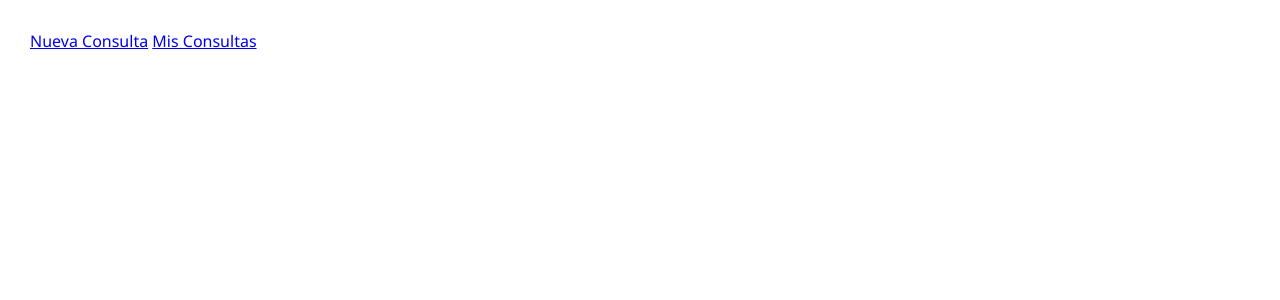
Repository: Devcodery/Trabajo-Fin-de-Grado
Page: http://localhost/Proyecto_Grupo3/vistas/portalCliente.jsp
An editor plug-in stored every save of this project. The page is shown before and after the next save, followed by the edit.
The browser window is 1280 px wide. The pictures show the whole page.
The page is served by Tomcat 9.

Above is the page before, as saved 2026-05-06 18:22:35.

After the next save:
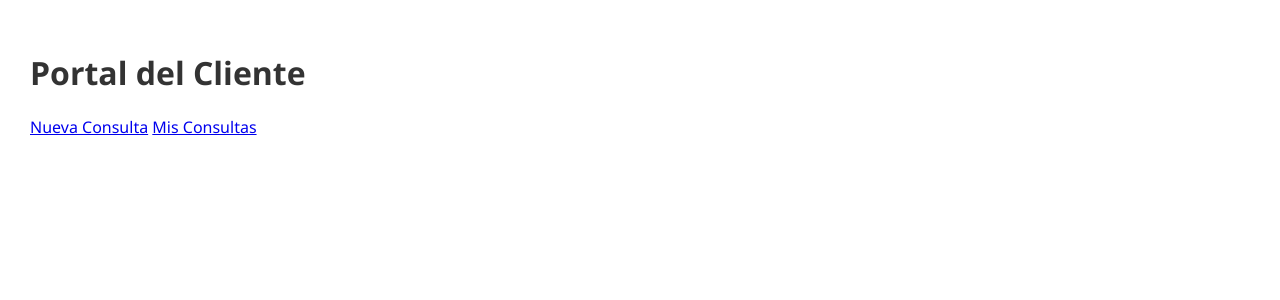
Saved 23 s later.
--- a/java/Proyecto_Grupo3/src/main/webapp/vistas/portalCliente.jsp
+++ b/java/Proyecto_Grupo3/src/main/webapp/vistas/portalCliente.jsp
@@ -8,6 +8,9 @@
 <link rel="stylesheet" type="text/css" href="../style/style.css">
 </head>
 <body>
+	<header>
+		<h1>Portal del Cliente</h1>
+	</header>
 	<a href="/formularioSolicitud.php">Nueva Consulta</a>
 	<a href="/">Mis Consultas</a>
 </body>
